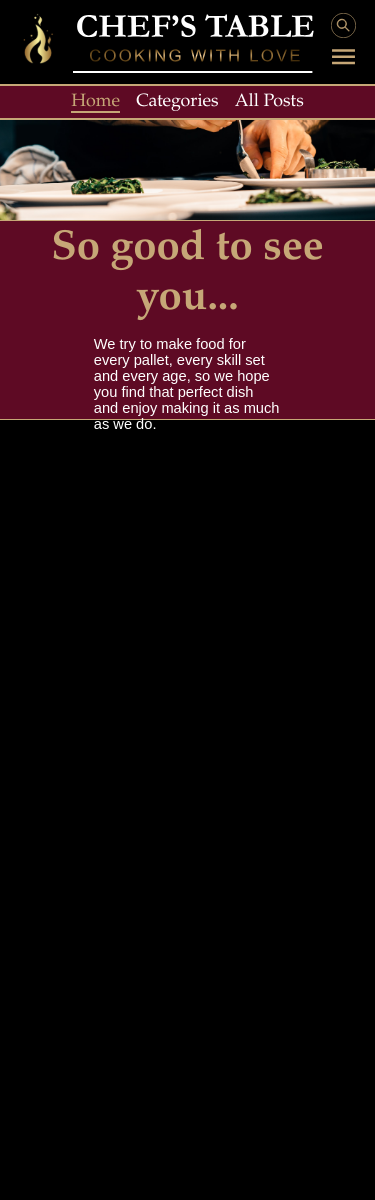
Repository: Noroff-FEU-Assignments/project-exam-1-runeunhjem
Page: index.html
These files come from the project's save history. The page is drawn as it stood at one moment and after the next save; the edit follows.
The browser window is 375 px wide. The pictures show the whole page.
The page's requests for data from a server got no answer.

Above is the page before, as saved 2023-05-01 13:55:16.

After the next save:
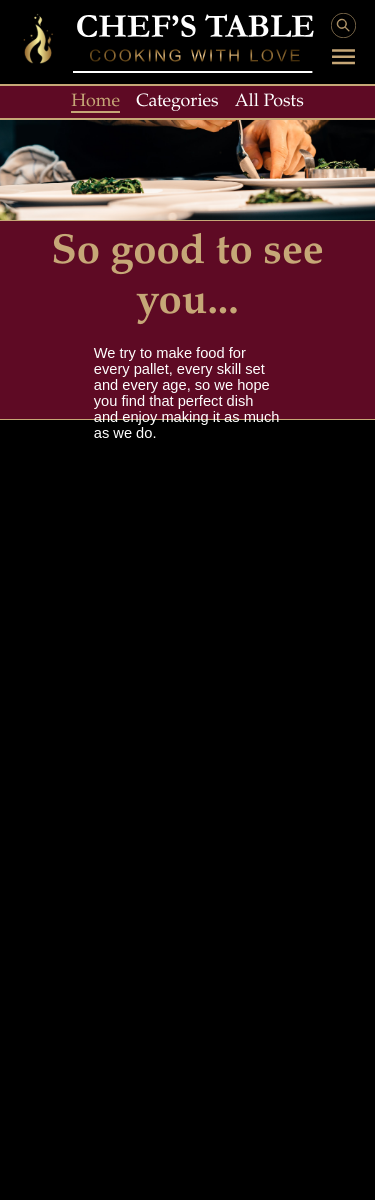
Saved 5 s later.
--- a/css/styles.css
+++ b/css/styles.css
@@ -194,7 +194,7 @@ main {
 }
 
 .so-god-to-see-you {
-  margin: 0.1em auto;
+  margin: 0.2em auto;
   font-family: var(--font-family-elegant);
   font-size: calc(2.5rem + 0.5vw);
   color: var(--color-gold);
@@ -285,4 +285,4 @@ main {
     background-image: url(../images/hero-image.png);
     height: 100px;
   }
-}/*# sourceMappingURL=styles_20230501135516.css.map */
+}/*# sourceMappingURL=styles_20230501135521.css.map */
